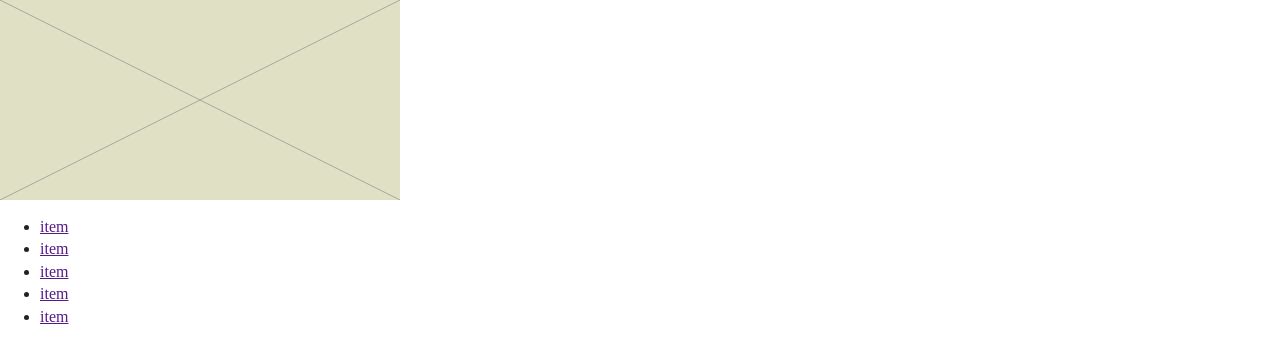
Repository: leahma1208/MDIA2003_Project1
Page: index.html
These files come from the project's save history. The page is drawn as it stood at one moment and after the next save; the edit follows.
The browser window is 1280 px wide. The pictures show the whole page.

Above is the page before, as saved 2021-01-22 19:40:50.

### index.html
<!doctype html>
<html class="no-js" lang="">

<head>
  <meta charset="utf-8">
  <title>Leah|Lab03</title>
  <meta name="viewport" content="width=device-width, initial-scale=1">


  <link rel="manifest" href="site.webmanifest">
  <link rel="apple-touch-icon" href="icon.png">
  <!-- Place favicon.ico in the root directory -->

  <link rel="stylesheet" href="css/normalize.css">
  <link rel="stylesheet" href="css/main.css">


</head>

<body>

  <!-- Add your site or application content here -->
  <header>
    <div class="logo">
      <img src="img/placeholder.svg" alt="logo" width="400px" height="200px">
    </div>

    <nav>
      <ul>
        <li class="nav_items"><a href="" class="">item</a></li>
        <li class="nav_items"><a href="" class="">item</a></li>
        <li class="nav_items"><a href="" class="">item</a></li>
        <li class="nav_items"><a href="" class="">item</a></li>
        <li class="nav_items"><a href="" class="">item</a></li>
      </ul>
    </nav>
  </header>







  <script src="js/vendor/modernizr-3.11.2.min.js"></script>
  <script src="js/plugins.js"></script>
  <script src="js/main.js"></script>

  <!-- Google Analytics: change UA-XXXXX-Y to be your site's ID. -->
  <script>
    window.ga = function () { ga.q.push(arguments) }; ga.q = []; ga.l = +new Date;
    ga('create', 'UA-XXXXX-Y', 'auto'); ga('set', 'anonymizeIp', true); ga('set', 'transport', 'beacon'); ga('send', 'pageview')
  </script>
  <script src="https://www.google-analytics.com/analytics.js" async></script>
</body>

</html>

### css/main.css
/*! HTML5 Boilerplate v8.0.0 | MIT License | https://html5boilerplate.com/ */

/* main.css 2.1.0 | MIT License | https://github.com/h5bp/main.css#readme */
/*
 * What follows is the result of much research on cross-browser styling.
 * Credit left inline and big thanks to Nicolas Gallagher, Jonathan Neal,
 * Kroc Camen, and the H5BP dev community and team.
 */

/* ==========================================================================
   Base styles: opinionated defaults
   ========================================================================== */

html {
  color: #222;
  font-size: 1em;
  line-height: 1.4;
}

/*
 * Remove text-shadow in selection highlight:
 * https://twitter.com/miketaylr/status/12228805301
 *
 * Vendor-prefixed and regular ::selection selectors cannot be combined:
 * https://stackoverflow.com/a/16982510/7133471
 *
 * Customize the background color to match your design.
 */

::-moz-selection {
  background: #b3d4fc;
  text-shadow: none;
}

::selection {
  background: #b3d4fc;
  text-shadow: none;
}

/*
 * A better looking default horizontal rule
 */

hr {
  display: block;
  height: 1px;
  border: 0;
  border-top: 1px solid #ccc;
  margin: 1em 0;
  padding: 0;
}

/*
 * Remove the gap between audio, canvas, iframes,
 * images, videos and the bottom of their containers:
 * https://github.com/h5bp/html5-boilerplate/issues/440
 */

audio,
canvas,
iframe,
img,
svg,
video {
  vertical-align: middle;
}

/*
 * Remove default fieldset styles.
 */

fieldset {
  border: 0;
  margin: 0;
  padding: 0;
}

/*
 * Allow only vertical resizing of textareas.
 */

textarea {
  resize: vertical;
}

/* ==========================================================================
   Author's custom styles
   ========================================================================== */

/* ==========================================================================
   Helper classes
   ========================================================================== */

/*
 * Hide visually and from screen readers
 */

.hidden,
[hidden] {
  display: none !important;
}

/*
 * Hide only visually, but have it available for screen readers:
 * https://snook.ca/archives/html_and_css/hiding-content-for-accessibility
 *
 * 1. For long content, line feeds are not interpreted as spaces and small width
 *    causes content to wrap 1 word per line:
 *    https://medium.com/@jessebeach/beware-smushed-off-screen-accessible-text-5952a4c2cbfe
 */

.sr-only {
  border: 0;
  clip: rect(0, 0, 0, 0);
  height: 1px;
  margin: -1px;
  overflow: hidden;
  padding: 0;
  position: absolute;
  white-space: nowrap;
  width: 1px;
  /* 1 */
}

/*
 * Extends the .sr-only class to allow the element
 * to be focusable when navigated to via the keyboard:
 * https://www.drupal.org/node/897638
 */

.sr-only.focusable:active,
.sr-only.focusable:focus {
  clip: auto;
  height: auto;
  margin: 0;
  overflow: visible;
  position: static;
  white-space: inherit;
  width: auto;
}

/*
 * Hide visually and from screen readers, but maintain layout
 */

.invisible {
  visibility: hidden;
}

/*
 * Clearfix: contain floats
 *
 * For modern browsers
 * 1. The space content is one way to avoid an Opera bug when the
 *    `contenteditable` attribute is included anywhere else in the document.
 *    Otherwise it causes space to appear at the top and bottom of elements
 *    that receive the `clearfix` class.
 * 2. The use of `table` rather than `block` is only necessary if using
 *    `:before` to contain the top-margins of child elements.
 */

.clearfix::before,
.clearfix::after {
  content: " ";
  display: table;
}

.clearfix::after {
  clear: both;
}

/* ==========================================================================
   EXAMPLE Media Queries for Responsive Design.
   These examples override the primary ('mobile first') styles.
   Modify as content requires.
   ========================================================================== */

@media only screen and (min-width: 35em) {
  /* Style adjustments for viewports that meet the condition */
}

@media print,
  (-webkit-min-device-pixel-ratio: 1.25),
  (min-resolution: 1.25dppx),
  (min-resolution: 120dpi) {
  /* Style adjustments for high resolution devices */
}

/* ==========================================================================
   Print styles.
   Inlined to avoid the additional HTTP request:
   https://www.phpied.com/delay-loading-your-print-css/
   ========================================================================== */

@media print {
  *,
  *::before,
  *::after {
    background: #fff !important;
    color: #000 !important;
    /* Black prints faster */
    box-shadow: none !important;
    text-shadow: none !important;
  }

  a,
  a:visited {
    text-decoration: underline;
  }

  a[href]::after {
    content: " (" attr(href) ")";
  }

  abbr[title]::after {
    content: " (" attr(title) ")";
  }

  /*
   * Don't show links that are fragment identifiers,
   * or use the `javascript:` pseudo protocol
   */
  a[href^="#"]::after,
  a[href^="javascript:"]::after {
    content: "";
  }

  pre {
    white-space: pre-wrap !important;
  }

  pre,
  blockquote {
    border: 1px solid #999;
    page-break-inside: avoid;
  }

  /*
   * Printing Tables:
   * https://web.archive.org/web/20180815150934/http://css-discuss.incutio.com/wiki/Printing_Tables
   */
  thead {
    display: table-header-group;
  }

  tr,
  img {
    page-break-inside: avoid;
  }

  p,
  h2,
  h3 {
    orphans: 3;
    widows: 3;
  }

  h2,
  h3 {
    page-break-after: avoid;
  }
}

### js/plugins.js
// Avoid `console` errors in browsers that lack a console.
(function() {
  var method;
  var noop = function () {};
  var methods = [
    'assert', 'clear', 'count', 'debug', 'dir', 'dirxml', 'error',
    'exception', 'group', 'groupCollapsed', 'groupEnd', 'info', 'log',
    'markTimeline', 'profile', 'profileEnd', 'table', 'time', 'timeEnd',
    'timeline', 'timelineEnd', 'timeStamp', 'trace', 'warn'
  ];
  var length = methods.length;
  var console = (window.console = window.console || {});

  while (length--) {
    method = methods[length];

    // Only stub undefined methods.
    if (!console[method]) {
      console[method] = noop;
    }
  }
}());

// Place any jQuery/helper plugins in here.

Loaded but not shown: css/normalize.css (library); js/vendor/modernizr-3.11.2.min.js (library); js/main.js (no stored copy; drawn as an empty file)

After the next save:
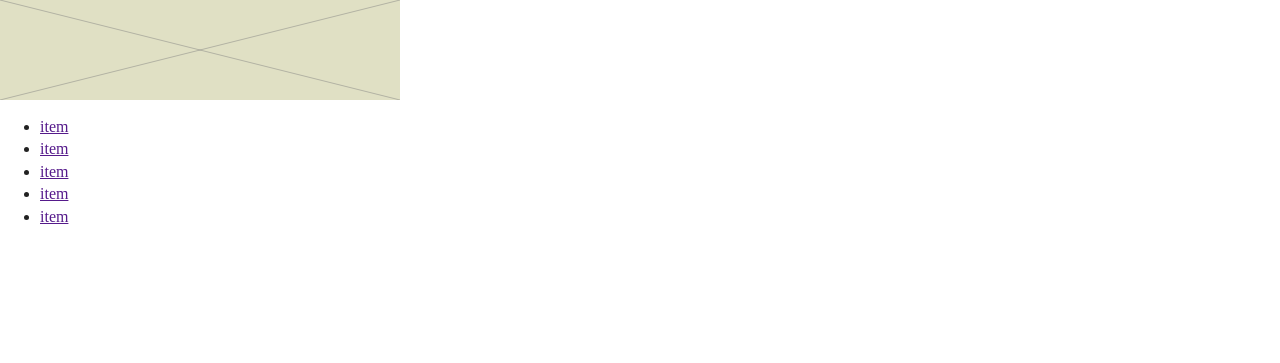
Saved 20 s later.
--- a/index.html
+++ b/index.html
@@ -22,7 +22,7 @@
   <!-- Add your site or application content here -->
   <header>
     <div class="logo">
-      <img src="img/placeholder.svg" alt="logo" width="400px" height="200px">
+      <img src="img/placeholder.svg" alt="logo" width="400px" height="100px">
     </div>
 
     <nav>
